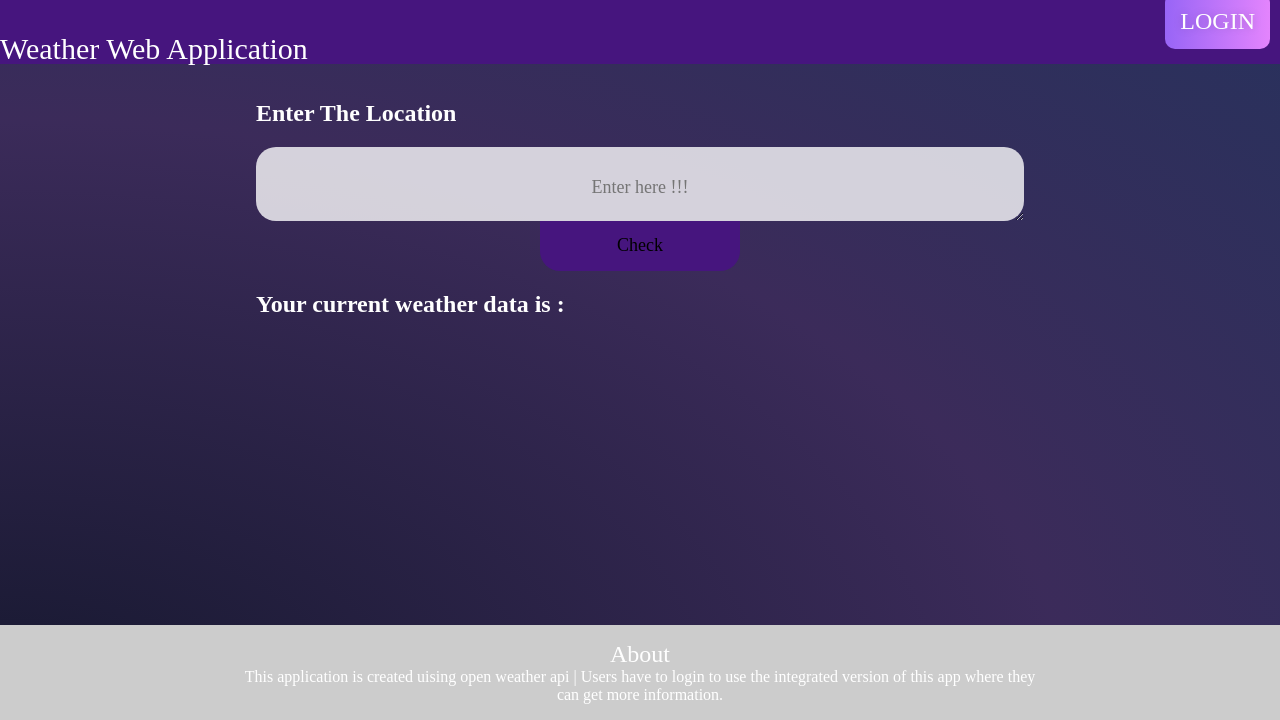
Repository: Irfan-vit/openapi
Page: index.html
The author's editor kept a copy of each file at every save. The page is drawn from the files as they stood at one save, then again after a run of saves.
The browser window is 1280 px wide. The pictures show the whole page.

Above is the page before, as saved 2021-05-29 00:15:37.

After the next 3 saves:
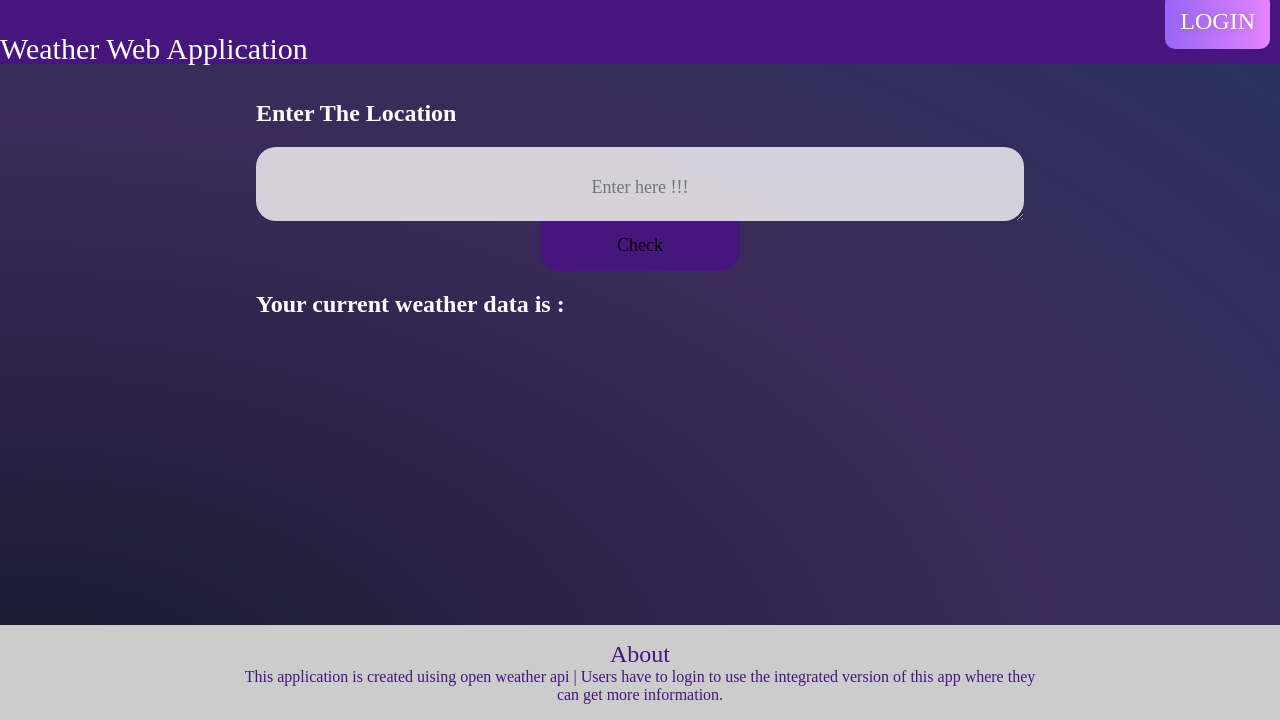
The 3 saves are shown as one change because they came seconds apart.
The last was saved 25 s later.
--- a/style.css
+++ b/style.css
@@ -96,6 +96,7 @@ footer {
     padding: 1rem;
     background-color: #CCCCCC;
     text-align: center;
+    color: #46157E;
 }
 
 footer p {
